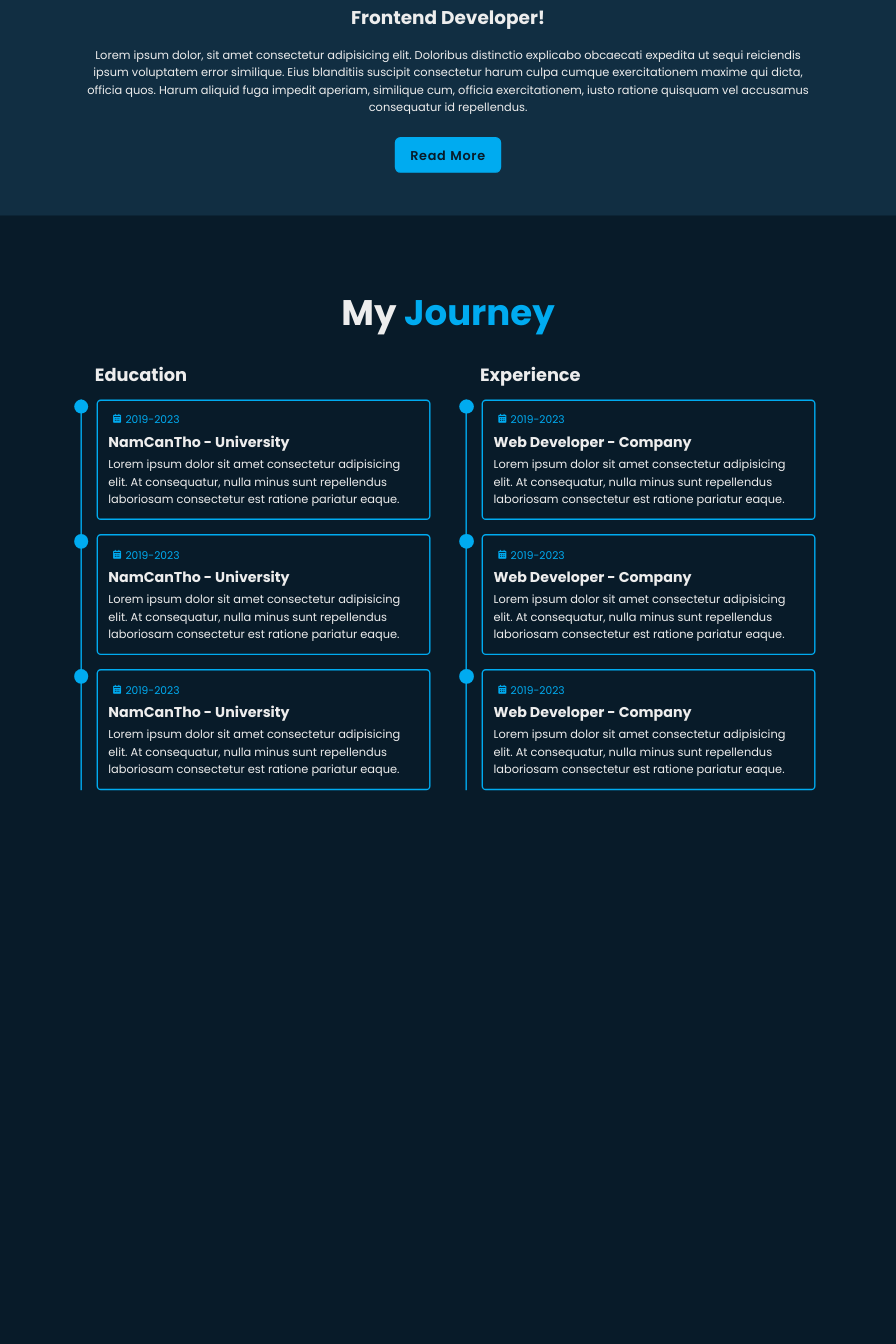
Repository: Tanty102/About_Me
Page: index.html
An editor plug-in stored every save of this project. The page is shown before and after a run of saves, followed by the edit.
The browser window is 1280 px wide. The pictures show the part of the page from y = 1217 to 3137 px (the page is 3137 px tall), at 70% of full size.

Above is the page before, as saved 2023-09-12 18:54:29.

### index.html
<!DOCTYPE html>
<html lang="en">
  <head>
    <meta charset="UTF-8" />
    <meta name="viewport" content="width=device-width, initial-scale=1.0" />
    <link rel="stylesheet" href="style.css" />
    <title>CV Snake</title>
  </head>

  <!-- box icons -->
  <link
    href="https://unpkg.com/boxicons@2.1.4/css/boxicons.min.css"
    rel="stylesheet" />
  <body>
    <!-- Header design -->
    <header class="header">
      <a href="#" class="logo">Snake.</a>

      <div class="bx bx-menu" id="menu-icon"></div>

      <nav class="navbar">
        <a href="#home" class="active">Home</a>
        <a href="#about">About</a>
        <a href="#education">Education</a>
        <a href="#skills">Skills</a>
        <a href="#contact">Contact</a>
      </nav>
    </header>

    <!-- Home section design -->
    <section class="home" id="home">
      <div class="home-content">
        <h1>Hi, I'm <span>Snake</span></h1>
        <div class="text-animate">
          <h3>FullStack developer</h3>
        </div>
        <p>
          Lorem ipsum dolor, sit amet consectetur adipisicing elit. Illum minus
          dolorem animi quaerat repellat vitae sint vero quidem dolor ab
          repudiandae temporibus, iure obcaecati culpa. Distinctio non laborum
          architecto tempore neque, doloribus maxime id temporibus provident
          veniam, consequatur soluta quibusdam. Quo, a aperiam eaque culpa
          excepturi corrupti quam hic mollitia provident est qui inventore
          fugit.
        </p>

        <div class="btn-box">
          <a href="#" class="btn">Hire Me</a>
          <a href="#" class="btn">Let's Talk</a>
        </div>
      </div>

      <div class="home-sci">
        <a href="#"><i class="bx bxl-facebook"></i></a>
        <a href="#"><i class="bx bxl-github"></i></a>
        <a href="#"><i class="bx bxl-gmail"></i></a>
      </div>

      <div class="home-imgHover"></div>
    </section>

    <!-- About section design -->
    <section class="about" id="about">
      <h2 class="heading">About <span>Me</span></h2>

      <div class="about-img">
        <img src="image/about.jpg" alt="" />
        <span class="circle-spin"></span>
      </div>

      <div class="about-content">
        <h3>Frontend Developer!</h3>
        <p>
          Lorem ipsum dolor, sit amet consectetur adipisicing elit. Doloribus
          distinctio explicabo obcaecati expedita ut sequi reiciendis ipsum
          voluptatem error similique. Eius blanditiis suscipit consectetur harum
          culpa cumque exercitationem maxime qui dicta, officia quos. Harum
          aliquid fuga impedit aperiam, similique cum, officia exercitationem,
          iusto ratione quisquam vel accusamus consequatur id repellendus.
        </p>

        <div class="btn-box btns">
          <a href="#" class="btn">Read More</a>
        </div>
      </div>
    </section>

    <!-- Education section design -->
    <section class="education" id="education">
      <h2 class="heading">My <span>Journey</span></h2>

      <div class="education-row">
        <div class="education-column">
          <h3 class="title">Education</h3>

          <div class="education-box">
            <div class="education-content">
              <div class="content">
                <div class="year">
                  <i class="bx bxs-calendar"></i> 2019-2023
                </div>
                <h3>NamCanTho - University</h3>
                <p>
                  Lorem ipsum dolor sit amet consectetur adipisicing elit. At
                  consequatur, nulla minus sunt repellendus laboriosam
                  consectetur est ratione pariatur eaque.
                </p>
              </div>
            </div>

            <div class="education-content">
              <div class="content">
                <div class="year">
                  <i class="bx bxs-calendar"></i> 2019-2023
                </div>
                <h3>NamCanTho - University</h3>
                <p>
                  Lorem ipsum dolor sit amet consectetur adipisicing elit. At
                  consequatur, nulla minus sunt repellendus laboriosam
                  consectetur est ratione pariatur eaque.
                </p>
              </div>
            </div>

            <div class="education-content">
              <div class="content">
                <div class="year">
                  <i class="bx bxs-calendar"></i> 2019-2023
                </div>
                <h3>NamCanTho - University</h3>
                <p>
                  Lorem ipsum dolor sit amet consectetur adipisicing elit. At
                  consequatur, nulla minus sunt repellendus laboriosam
                  consectetur est ratione pariatur eaque.
                </p>
              </div>
            </div>
          </div>
        </div>

        <div class="education-column">
          <h3 class="title">Experience</h3>

          <div class="education-box">
            <div class="education-content">
              <div class="content">
                <div class="year">
                  <i class="bx bxs-calendar"></i> 2019-2023
                </div>
                <h3>Web Developer - Company</h3>
                <p>
                  Lorem ipsum dolor sit amet consectetur adipisicing elit. At
                  consequatur, nulla minus sunt repellendus laboriosam
                  consectetur est ratione pariatur eaque.
                </p>
              </div>
            </div>

            <div class="education-content">
              <div class="content">
                <div class="year">
                  <i class="bx bxs-calendar"></i> 2019-2023
                </div>
                <h3>Web Developer - Company</h3>
                <p>
                  Lorem ipsum dolor sit amet consectetur adipisicing elit. At
                  consequatur, nulla minus sunt repellendus laboriosam
                  consectetur est ratione pariatur eaque.
                </p>
              </div>
            </div>

            <div class="education-content">
              <div class="content">
                <div class="year">
                  <i class="bx bxs-calendar"></i> 2019-2023
                </div>
                <h3>Web Developer - Company</h3>
                <p>
                  Lorem ipsum dolor sit amet consectetur adipisicing elit. At
                  consequatur, nulla minus sunt repellendus laboriosam
                  consectetur est ratione pariatur eaque.
                </p>
              </div>
            </div>
          </div>
        </div>
      </div>
    </section>

    <!-- Skills section design -->
    <section class="skills" id="skills">
      <h2 class="heading"></h2>
    </section>

    <script src="main.js"></script>
  </body>
</html>

### style.css
@import url("https://fonts.googleapis.com/css2?family=Poppins:wght@300;400;500;600;700;800;900&display=swap");

* {
  margin: 0;
  padding: 0;
  box-sizing: border-box;
  text-decoration: none;
  border: none;
  outline: none;
  scroll-behavior: smooth;
  font-family: "Poppins", sans-serif;
}

:root {
  --bg-color: #081b29;
  --second-bg-color: #112e42;
  --text-color: #ededed;
  --main-color: #00abf0;
}

html {
  font-size: 63.5%;
  overflow-x: hidden;
}

body {
  background: var(--bg-color);
  color: var(--text-color);
}

.header {
  position: fixed;
  top: 0;
  left: 0;
  width: 100%;
  padding: 2rem 9%;
  background: transparent;
  display: flex;
  justify-content: space-between;
  align-items: center;
  z-index: 100;
}

.logo {
  font-size: 2.5rem;
  color: var(--text-color);
  font-weight: 600;
}

.navbar a {
  font-size: 1.7rem;
  color: var(--text-color);
  font-weight: 500;
  margin-left: 3.5rem;
  transition: 0.3s;
}

.navbar a:hover,
.navbar a.active {
  color: var(--main-color);
}

#menu-icon {
  font-size: 3.6rem;
  color: var(--text-color);
  cursor: pointer;
  display: none;
}

section {
  min-height: 100vh;
  padding: 10rem 9% 2rem;
}

.home {
  display: flex;
  align-items: center;
  padding: 0 9%;
  background: url("/image/home.jpg") no-repeat;
  background-size: cover;
  background-position: center;
}

.home-content {
  max-width: 60rem;
}

.home-content h1 {
  font-size: 5.6rem;
  font-weight: 700;
  line-height: 1.3;
}

.home-content .text-animate {
  position: relative;
  width: 32.8rem;
}

.home-content .text-animate h3 {
  font-size: 3.2rem;
  font-weight: 700;
  color: transparent;
  -webkit-text-stroke: 0.7px var(--main-color);
}

.home-content p {
  font-size: 1.6rem;
  margin: 2rem 0 4rem;
}

.btn-box {
  position: relative;
  display: flex;
  justify-content: space-between;
  width: 34.5rem;
  height: 5rem;
}
.btn-box .btn {
  position: relative;
  display: inline-flex;
  justify-content: center;
  align-items: center;
  width: 15rem;
  height: 100%;
  background: var(--main-color);
  border: 0.2rem solid var(--main-color);
  border-radius: 0.8rem;
  font-size: 1.8rem;
  font-weight: 600;
  letter-spacing: 0.1rem;
  color: var(--bg-color);
  z-index: 1;
  overflow: hidden;
  transition: 0.5s;
}

.btn-box .btn:hover {
  color: var(--main-color);
}

.btn-box .btn:nth-child(2) {
  background: transparent;
  color: var(--main-color);
}

.btn-box .btn:nth-child(2):hover {
  color: var(--bg-color);
}

.btn-box .btn:nth-child(2)::before {
  background: var(--main-color);
}

.btn-box .btn::before {
  content: "";
  position: absolute;
  top: 0;
  left: 0;
  width: 0;
  height: 100%;
  background: var(--bg-color);
  z-index: -1;
  transition: 0.5s;
}

.btn-box .btn:hover::before {
  width: 100%;
}

.home-sci {
  position: absolute;
  bottom: 4rem;
  width: 170px;
  display: flex;
  justify-content: space-between;
}

.home-sci a {
  position: relative;
  display: inline-flex;
  justify-content: center;
  align-items: center;
  width: 40px;
  height: 40px;
  background: transparent;
  border: 0.2rem solid var(--main-color);
  border-radius: 50%;
  font-size: 20px;
  color: var(--main-color);
  z-index: 1;
  overflow: hidden;
  transition: 0.5s;
}

.home-sci a:hover {
  color: var(--bg-color);
}

.home-sci a::before {
  content: "";
  position: absolute;
  top: 0;
  left: 0;
  width: 0;
  height: 100%;
  background: var(--main-color);
  z-index: -1;
  transition: 0.5s;
}

.home-sci a:hover::before {
  width: 100%;
}

.home-imgHover {
  position: absolute;
  top: 0;
  right: 0;
  width: 45%;
  height: 100%;
  background: transparent;
  transition: 3s;
}

.home-imgHover:hover {
  background: var(--bg-color);
  opacity: 0.8;
}

.about {
  display: flex;
  justify-content: center;
  align-items: center;
  flex-direction: column;
  gap: 2rem;
  background: var(--second-bg-color);
  padding-bottom: 6rem;
}

.heading {
  font-size: 5rem;
  margin-bottom: 3rem;
  text-align: center;
}
span {
  color: var(--main-color);
}

.about-img {
  position: relative;
  width: 25rem;
  height: 25rem;
  border-radius: 50%;
  display: flex;
  justify-content: center;
  align-items: center;
}

.about-img img {
  width: 90%;
  border-radius: 50%;
  border: 0.2rem solid var(--main-color);
}

.about-img .circle-spin {
  position: absolute;
  top: 50%;
  left: 50%;
  transform: translate(-50%, -50%) rotate(0);
  width: 100%;
  height: 100%;
  border-radius: 50%;
  border-top: 0.2rem solid var(--second-bg-color);
  border-bottom: 0.2rem solid var(--second-bg-color);
  border-left: 0.2rem solid var(--main-color);
  border-right: 0.2rem solid var(--main-color);
}

.about-content {
  text-align: center;
}

.about-content h3 {
  font-size: 2.6rem;
}

.about-content p {
  font-size: 1.6rem;
  margin: 2rem 0 3rem;
}

.btn-box.btns {
  display: inline-block;
  width: 15rem;
}

.btn-box.btns a::before {
  background: var(--second-bg-color);
}

.education {
  display: flex;
  justify-content: center;
  align-items: center;
  flex-direction: column;
  min-height: auto;
  padding-bottom: 5rem;
}

.education .education-row {
  display: flex;
  flex-wrap: wrap;
  gap: 5rem;
}

.education-row .education-column {
  flex: 1 1 40rem;
}

.education-column .title {
  font-size: 2.5rem;
  margin: 0 0 1.5rem 2rem;
}

.education-column .education-box {
  border-left: 0.2rem solid var(--main-color);
}

.education-box .education-content {
  position: relative;
  padding-left: 2rem;
}

.education-box .education-content::before {
  content: "";
  position: absolute;
  top: 0;
  left: -1.1rem;
  width: 2rem;
  height: 2rem;
  background: var(--main-color);
  border-radius: 50%;
}

.education-content .content {
  position: relative;
  padding: 1.5rem;
  border: 0.2rem solid var(--main-color);
  border-radius: 0.6rem;
  margin-bottom: 2rem;
  overflow: hidden;
}

.education-content .content::before {
  content: "";
  position: absolute;
  top: 0;
  left: 0;
  width: 0;
  height: 100%;
  background: var(--second-bg-color);
  z-index: -1;
  transition: 0.5s;
}

.education-content .content:hover::before {
  width: 100%;
}

.education-content .content .year {
  font-size: 1.5rem;
  color: var(--main-color);
  padding-bottom: 0.5rem;
}

.education-content .content .year i {
  padding-left: 0.5rem;
}

.education-content .content h3 {
  font-size: 2rem;
}

.education-content .content p {
  font-size: 1.6rem;
  padding-top: 0.5rem;
}

Loaded but not shown: main.js (no copy from this time; the picture is the same without it)

After the next 5 saves:
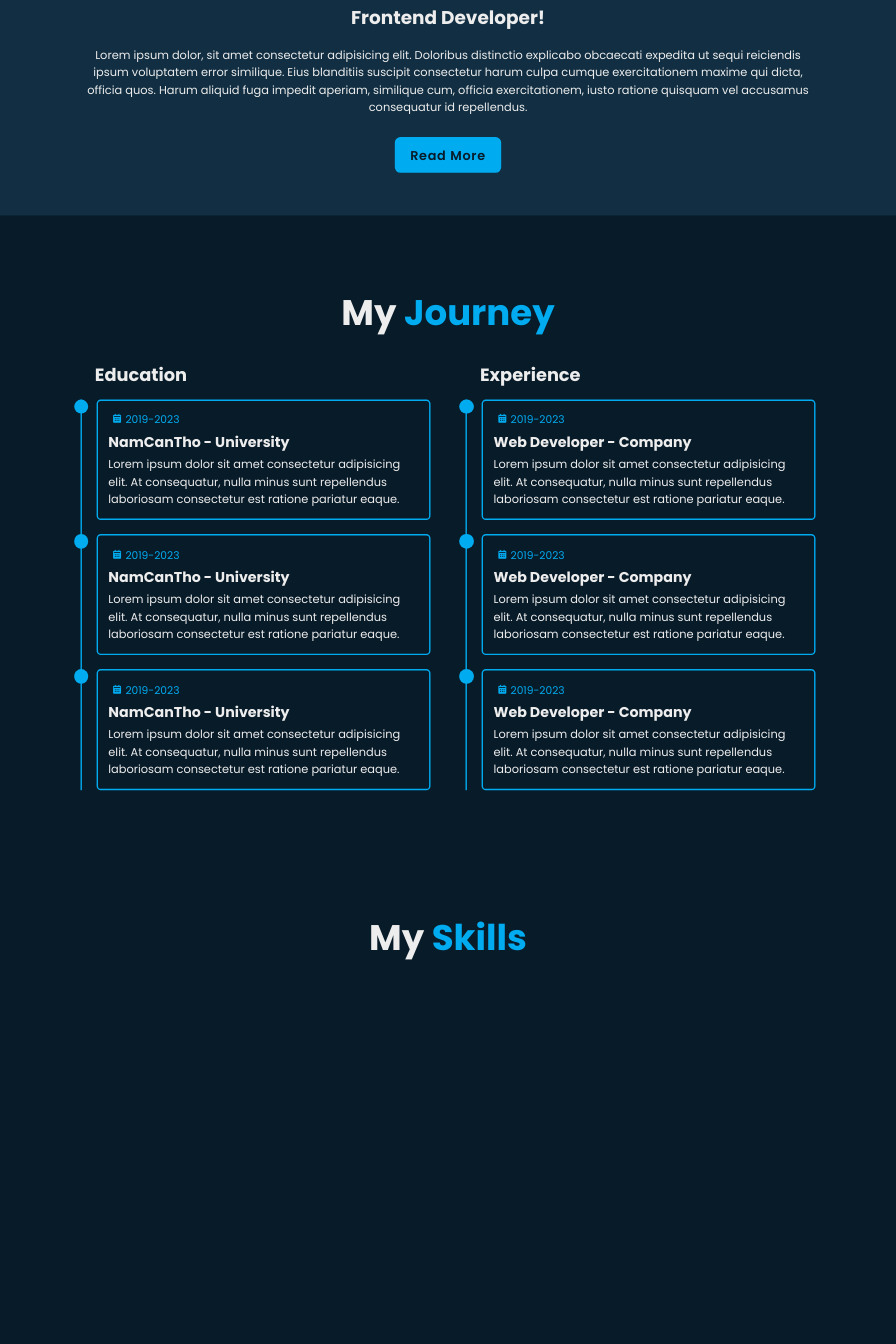
The 5 saves are shown as one change because they came seconds apart.
The last was saved 12 s later.
--- a/index.html
+++ b/index.html
@@ -190,7 +190,9 @@
 
     <!-- Skills section design -->
     <section class="skills" id="skills">
-      <h2 class="heading"></h2>
+      <h2 class="heading">My <span>Skills</span></h2>
+
+
     </section>
 
     <script src="main.js"></script>
